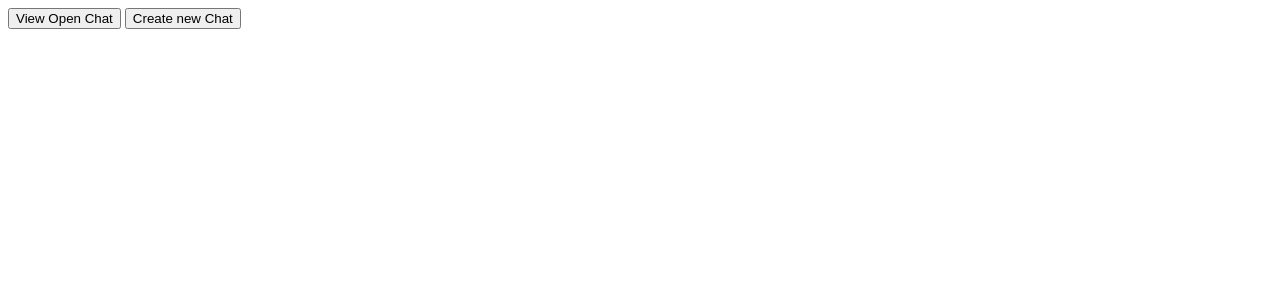
Repository: JamesArul/CLBSiteSTMT
Page: StudentsMeetFrontEnd/WebContent/Chat/ChatHome.html
An editor plug-in stored every save of this project. The page is shown before and after the next save, followed by the edit.
The browser window is 1280 px wide. The pictures show the whole page.

Above is the page before, as saved 2017-06-05 06:46:07.

After the next save:
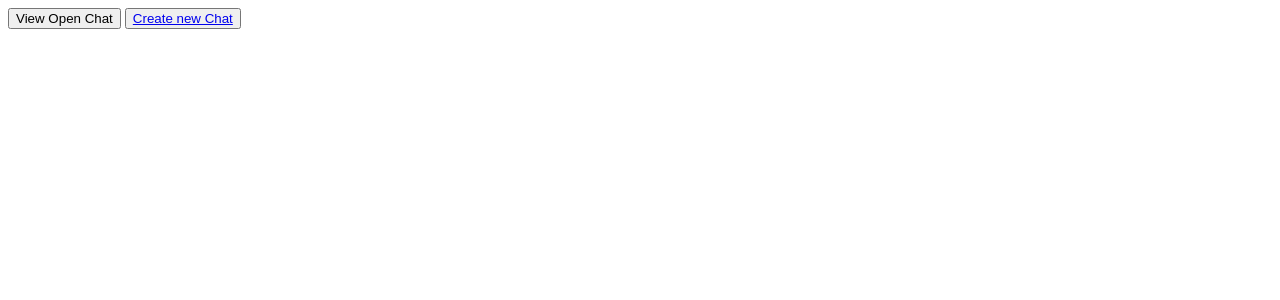
Saved 3 min 49 s later.
--- a/StudentsMeetFrontEnd/WebContent/Chat/ChatHome.html
+++ b/StudentsMeetFrontEnd/WebContent/Chat/ChatHome.html
@@ -1,5 +1,5 @@
 <div ng-include="'Common/CommonHeader.html'"></div>
 <div ng-controller="ChatController as ctrl">
 <button class="btn btn-success" ng-click="">View Open Chat</button>
-<button class="btn btn-success" ng-click="">Create new Chat</button>
+<button class="btn btn-success" ng-click=""><a href="#!/goChaCreate">Create new Chat</a></button>
 </div>
